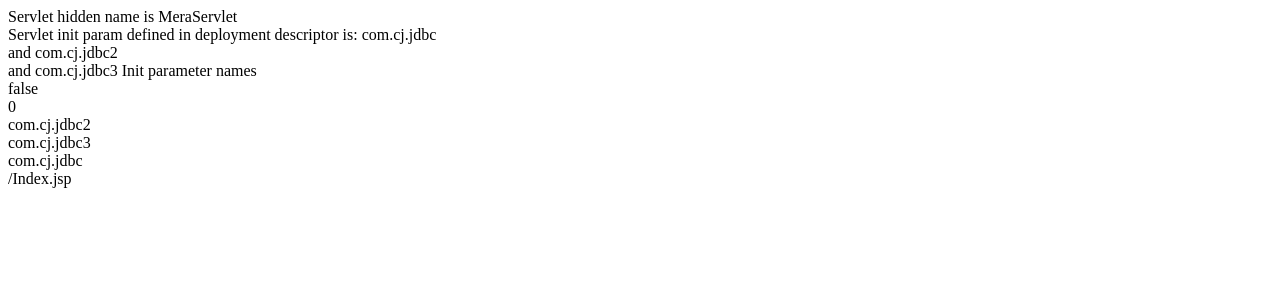
Repository: kamalsingh7290/ServletANDjsp
Page: http://localhost/JSP_Config/kamal
The author's editor kept a copy of each file at every save. The page is drawn from the files as they stood at one save, then again after the next save.
The browser window is 1280 px wide. The pictures show the whole page.
The page is served by Tomcat 9.

Above is the page before, as saved 2022-01-28 11:16:35.

### JSP_Config/src/main/webapp/Index.jsp
<%@page import="java.util.Collections"%>
<%@page import="java.util.Collection"%>
<%@page import="java.util.Enumeration"%>
<%@ page language="java" contentType="text/html; charset=ISO-8859-1"
    pageEncoding="ISO-8859-1"%>
<!DOCTYPE html>
<html>
<head>
<meta charset="ISO-8859-1">
<title>Insert title here</title>
</head>
<body>
Servlet hidden name is <%=config.getServletName() %><br>
Servlet init param defined in deployment descriptor is: <%=config.getInitParameter("Drivername") %><br>
and <%=config.getInitParameter("Drivername2") %><br> and <%=config.getInitParameter("Drivername3") %>
<%="Init parameter names <br>" %>
<%Enumeration e=config.getInitParameterNames();%>
<%
while(e.hasMoreElements())
{
	String initparaname=(String)e.nextElement();
	String initvalues=config.getInitParameter(initparaname);
	out.print(initvalues+"<br>");
}

%>
</body>
</html>

After the next save:
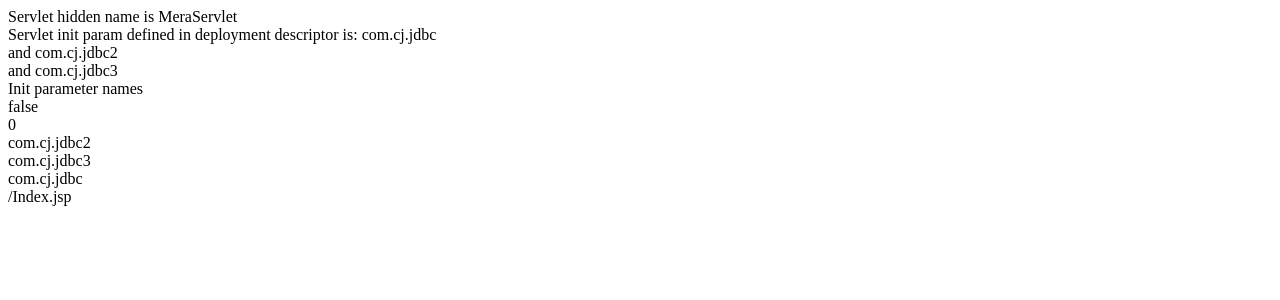
Saved 11 s later.
--- a/JSP_Config/src/main/webapp/Index.jsp
+++ b/JSP_Config/src/main/webapp/Index.jsp
@@ -13,7 +13,7 @@
 Servlet hidden name is <%=config.getServletName() %><br>
 Servlet init param defined in deployment descriptor is: <%=config.getInitParameter("Drivername") %><br>
 and <%=config.getInitParameter("Drivername2") %><br> and <%=config.getInitParameter("Drivername3") %>
-<%="Init parameter names <br>" %>
+<%="<br>Init parameter names <br>" %>
 <%Enumeration e=config.getInitParameterNames();%>
 <%
 while(e.hasMoreElements())
